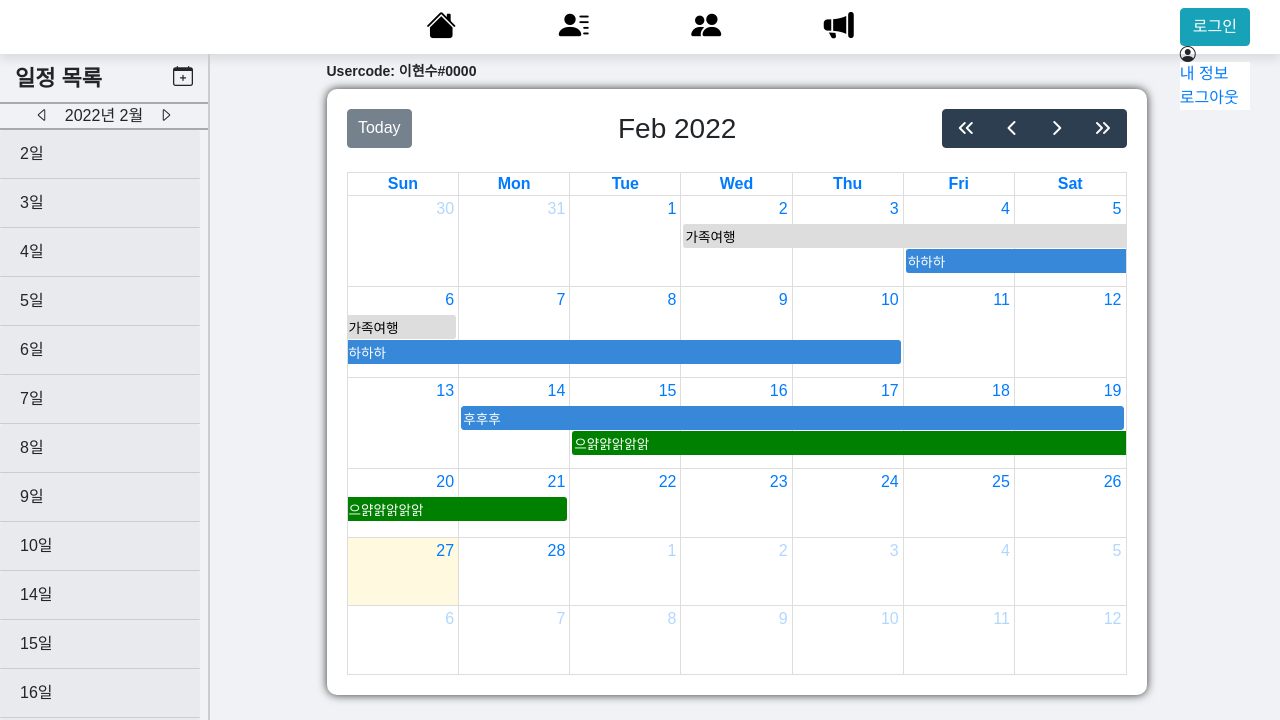
Repository: Hyeon330/Full_stack-code
Page: http://localhost/miniProject/
An editor plug-in stored every save of this project. The page is shown before and after the next save, followed by the edit.
The browser window is 1280 px wide. The pictures show the whole page.
Some web fonts or font styles are not loaded; a fallback is used. The page is served by Tomcat 9.

Above is the page before, as saved 2022-03-20 14:07:44.

After the next save:
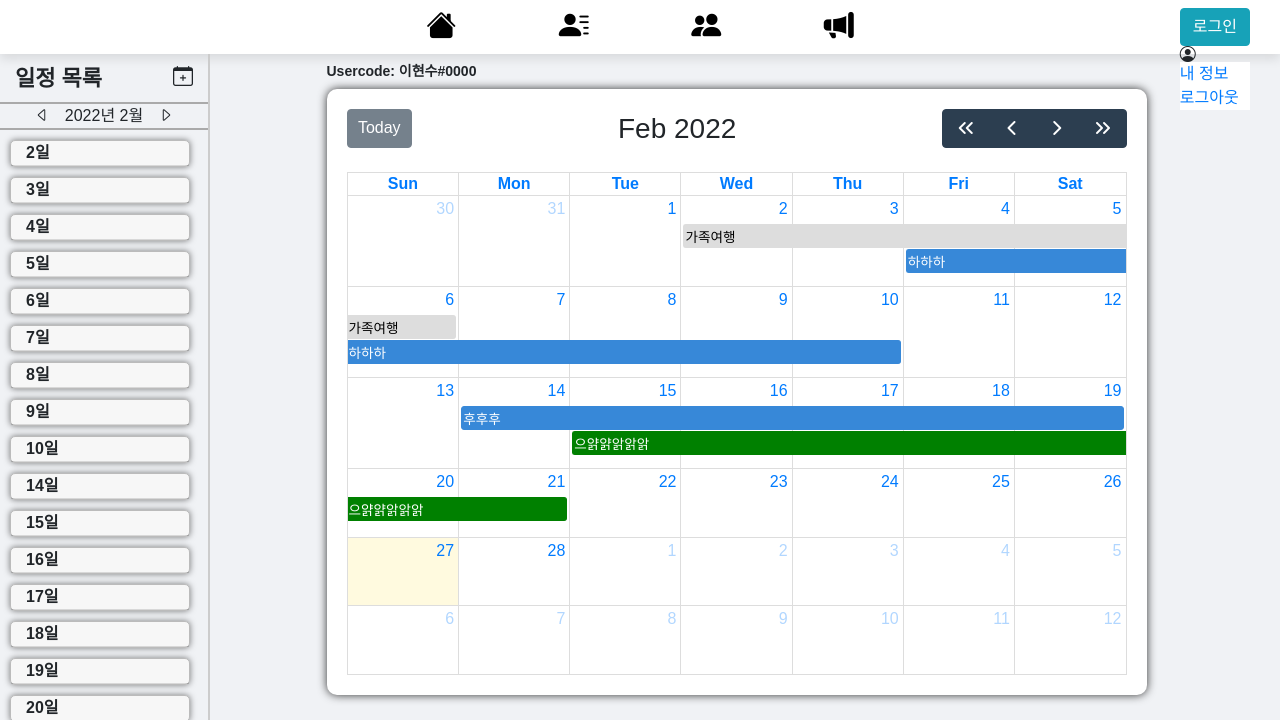
Saved 71 s later.
--- a/주요과제/Spring/miniProject/src/main/webapp/WEB-INF/views/home.jsp
+++ b/주요과제/Spring/miniProject/src/main/webapp/WEB-INF/views/home.jsp
@@ -46,6 +46,35 @@
 	width: 200px;
 }
 
+.dayList {
+  font-weight: bold;
+  width: 180px;
+  margin: 10px auto;
+  border-radius: 5px;
+  border: 1px solid #bbb;
+  box-shadow: 0px 0px 6px rgba(0, 0, 0, 0.5);
+  background-color: white;
+  cursor: pointer;
+}
+.dayList > .card-header {
+  padding: 0 15px;
+}
+.eventList {
+  margin: 0;
+  padding: 0;
+  border-radius: 0 0 5px 5px;
+}
+.eventList > li {
+  padding: 0 15px;
+  border-bottom: 1px solid #888;
+  background-color: #3788d8;
+  color: white;
+}
+.eventList > li:last-child {
+  border-radius: 0 0 5px 5px;
+}
+
+/* mainContents.css */
 #usercode {
   position: relative;
   line-height: 35px;
